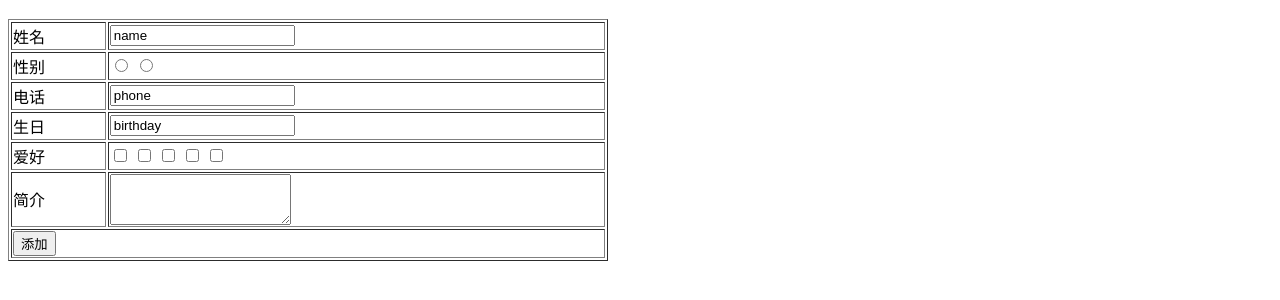
Repository: ChengqunYang/JAVA
Page: http://localhost/stu/add.jsp
The author's editor kept a copy of each file at every save. The page is drawn from the files as they stood at one save, then again after the next save.
The browser window is 1280 px wide. The pictures show the whole page.
The page is served by Tomcat 9.

Above is the page before, as saved 2019-04-08 11:14:48.

After the next save:
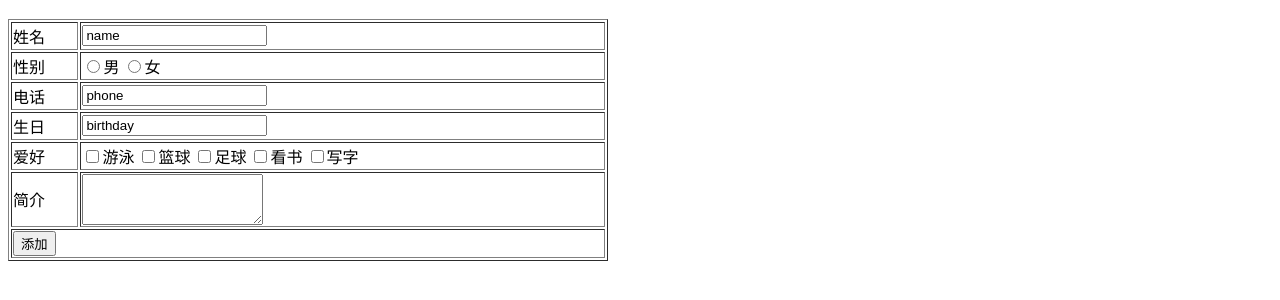
Saved 2 min 18 s later.
--- a/stu/WebContent/add.jsp
+++ b/stu/WebContent/add.jsp
@@ -17,8 +17,8 @@
 	<tr>
 		<td>性别</td>
 		<td>
-		<input type = "radio" name = "gender" value = "男">
-		<input type = "radio" name = "gneder" value = "女">
+		<input type = "radio" name = "gender" value = "男">男
+		<input type = "radio" name = "gneder" value = "女">女
 		</td>
 	</tr>
 	<tr>
@@ -32,11 +32,11 @@
 	<tr>
 		<td>爱好</td>
 		<td>
-		<input type = "checkbox" value = "游泳">
-		<input type = "checkbox" value = "篮球">
-		<input type = "checkbox" value = "足球">
-		<input type = "checkbox" value = "看书">
-		<input type = "checkbox" value = "写字">
+		<input type = "checkbox" value = "游泳">游泳
+		<input type = "checkbox" value = "篮球">篮球
+		<input type = "checkbox" value = "足球">足球
+		<input type = "checkbox" value = "看书">看书
+		<input type = "checkbox" value = "写字">写字
 		</td>
 	</tr>
 	<tr>
